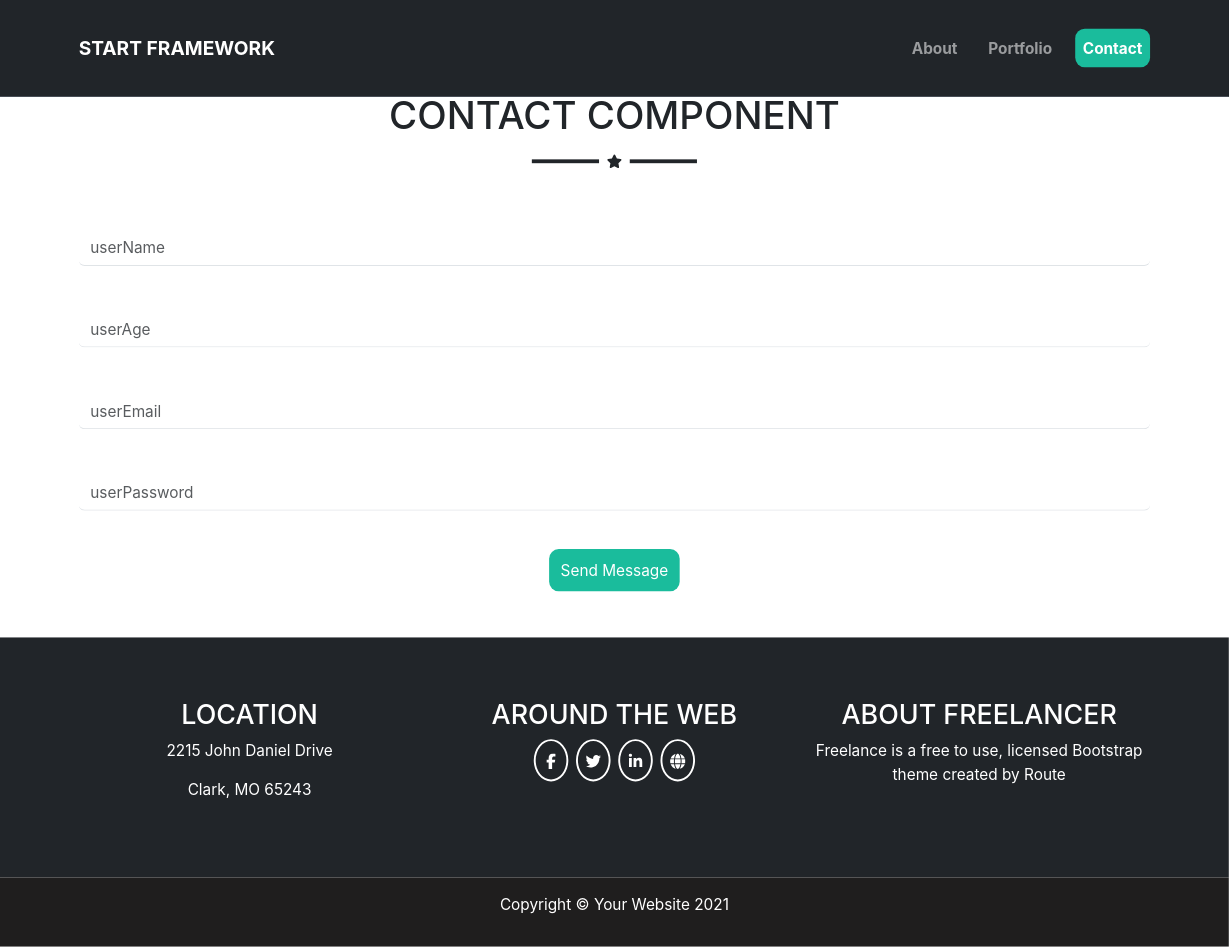
Repository: YomnaWegdan/startFramework
Page: /contact
The author's editor kept a copy of each file at every save. The page is drawn from the files as they stood at one save, then again after a run of saves.
The browser window is 1280 px wide. The pictures show the whole page, at 96% of full size.
The project was rebuilt for these pictures with package versions that can differ from the ones it lists, and the page was loaded fresh each time. Also part of the build but not shown: src/Components/Home.jsx, src/Components/About.jsx, src/Components/Error.jsx, src/Components/Portfolio.jsx.

Above is the page before, as saved 2024-02-06 00:40:15.

### src/index.js
import React from 'react';
import ReactDOM from 'react-dom/client';
import 'bootstrap/dist/css/bootstrap.min.css'
import 'bootstrap/dist/js/bootstrap.bundle.min.js'

import './index.css';
import App from './App';
import reportWebVitals from './reportWebVitals';

const root = ReactDOM.createRoot(document.getElementById('root'));
root.render(
  <React.StrictMode>
    <App />
  </React.StrictMode>
);

// If you want to start measuring performance in your app, pass a function
// to log results (for example: reportWebVitals(console.log))
// or send to an analytics endpoint. Learn more: https://bit.ly/CRA-vitals
reportWebVitals();

### src/index.css
body {
  margin: 0;
  font-family: -apple-system, BlinkMacSystemFont, 'Segoe UI', 'Roboto', 'Oxygen',
    'Ubuntu', 'Cantarell', 'Fira Sans', 'Droid Sans', 'Helvetica Neue',
    sans-serif;
  -webkit-font-smoothing: antialiased;
  -moz-osx-font-smoothing: grayscale;
}

code {
  font-family: source-code-pro, Menlo, Monaco, Consolas, 'Courier New',
    monospace;
}
.w-20{
  width: 20%;
}
.navbar{
  transition: 0.5s all;
}
.home , .about{
  background-color: #1ABC9C;
}
.line{
  background-color: white;
  width: 70px;
  height: 4px;
}
h2{
  font-size: 40px;
}
h3{
  font-weight: 500;
  font-size: 28px;
}
.footer-header {
  background-color: #212529;
}
div.footer{
  background-color: #1f1e1e;
}
.active{
  background-color: #1ABC9C;
  border-radius: 10px;
  color: white;
}

div.inner .img-overlay{
  transition: 0.8s all;
}

div.inner:hover .img-overlay{
  background-color: #1abc9ce6 !important;
  position: absolute;
  top: 0;
  left: 0;
  width: 100%;
  height: 100%;
}

div.inner:hover .plus{
  display: block;
  font-size: 100px;
  color: white;

}
.model{
  background-color: rgba(0, 0, 0, 0.6) !important;
}
.form-control:focus {
  border-color: #eee;
  box-shadow: none;
}
  button{
    background-color: #1ABC9C;
    border: none;
    padding: 10px 12px;
    border-radius: 10px;
    color: white;
    margin-top: 40px ;
  }

### src/App.js
import { RouterProvider, createBrowserRouter } from 'react-router-dom';
import './App.css';
import Layout from './Components/Layout';
import Home from './Components/Home';
import About from './Components/About';
import Contact from './Components/Contact';
import Error from './Components/Error';
import Portfolio from './Components/Portfolio';

function App() {

  let routes = createBrowserRouter([{
    path:'', element:<Layout/> , children:[
      {index:true , element:<Home/>},
      {path:'/about' , element:<About/>},
      {path:'/portfolio' , element:<Portfolio/>},
      {path:'/contact' , element:<Contact/>},
      {path:'*' , element:<Error/>},




    ]
  }])
  return (
    <div className="App">
    <RouterProvider router={routes}></RouterProvider>
    </div>
  );
}

export default App;

### src/Components/Layout.jsx
import React from 'react'
import Navbar from './Navbar'
import { Outlet } from 'react-router-dom'
import Footer from './Footer'

export default function Layout() {
  return (
    <div>
      <Navbar/>
      <Outlet></Outlet>
      <Footer/>
    </div>
  )
}

### src/Components/Contact.jsx
import React, { Fragment, useState } from "react";
import { FaStar } from "react-icons/fa6";

export default function Contact() {
  const [isFocused, setIsFocused] = useState(false);

  const handleFocus=()=>{
    setIsFocused(true)
  }

  return (
    <Fragment>
      <section className="contact py-5  ">
        <div className="container h-100">
          <div className="row g-5 h-100 align-items-center justify-content-center align-content-center">
            <div className="col-md-12">
              <h2 className="pt-5">CONTACT COMPONENT</h2>
              <div className="d-flex justify-content-center align-items-center my-3">
                <div className="line text-bg-dark"></div>
                <FaStar className=" mx-2 " />
                <div className="line text-bg-dark"></div>
              </div>
            </div>

            <div className=" col-md-12">
              <form onClick={(e)=> e.preventDefault()}>
              <div className={`input-container ${isFocused ? 'focused' : ''}`}>
                <input
                  className=" form-control border-top-0 border-start-0 border-end-0  border-bottom-3 "
                  placeholder="userName"
                  name="name"
                  onFocus={handleFocus}
                />
                </div>
                <input
                  className=" form-control border-top-0 border-start-0 border-end-0  border-bottom-3 my-5"
                  placeholder="userAge"
                  name="age"
                  type="number"
                />
                <input
                  className=" form-control border-top-0 border-start-0 border-end-0  border-bottom-3 mb-5"
                  placeholder="userEmail"
                  name="email"
                  type="email"
                />
                <input
                  className=" form-control border-top-0 border-start-0 border-end-0  border-bottom-3"
                  placeholder="userPassword"
                  name="password"
                  type=" password"
                />
                <button className="">Send Message</button>
              </form>
            </div>
          </div>
        </div>
      </section>
    </Fragment>
  );
}

### src/Components/Navbar.jsx
import React, { useEffect, useState } from "react";
import { Link, NavLink } from "react-router-dom";

export default function Navbar() {
  const [scroll , setScroll] = useState(0)

  const handleScroll=()=>{
    setScroll(window.scrollY)
  }
  const navbarPadding = scroll > 100 ? '15px' : '30px';
  window.addEventListener('scroll', handleScroll);
  return (
    <>
      <nav style={{padding:navbarPadding}}
        className="navbar navbar-expand-lg bg-dark border-bottom border-body  fixed-top fw-bold  "
        data-bs-theme="dark"
      >
        <div className="container">
          <Link className="navbar-brand" to="/">
            START FRAMEWORK
          </Link>
          <button
            className="navbar-toggler"
            type="button"
            data-bs-toggle="collapse"
            data-bs-target="#navbarSupportedContent"
            aria-controls="navbarSupportedContent"
            aria-expanded="false"
            aria-label="Toggle navigation"
          >
            <span className="navbar-toggler-icon"></span>
          </button>
          <div className="collapse navbar-collapse" id="navbarSupportedContent">
            <ul className="navbar-nav ms-auto mb-2 mb-lg-0">
              <li className="nav-item">
                <NavLink className="nav-link" to="/about">
                  About
                </NavLink>
              </li>
              <li className="nav-item mx-3">
                <NavLink className="nav-link" to="/portfolio">
                  Portfolio
                </NavLink>
              </li>
              <li className="nav-item">
                <NavLink className="nav-link" to="/Contact">
                  Contact
                </NavLink>
              </li>
            </ul>
          </div>
        </div>
      </nav>
    </>
  );
}

### src/Components/Footer.jsx
import React from "react";
import { FaFacebookF, FaGlobe, FaLinkedinIn, FaTwitter } from "react-icons/fa6";

export default function Footer() {
  return (
    <>
      <footer className=" text-white">
      <div className="footer-header py-5">
        <div className="container py-3">
          <div className="row">
            <div className="col-lg-4 col-md-6">
              <h3>LOCATION</h3>
              <p>2215 John Daniel Drive</p>
              <p>Clark, MO 65243</p>
            </div>
            <div className="col-lg-4 col-md-6">
            <h3>AROUND THE WEB</h3>
            <ul className="d-flex justify-content-center align-items-center list-unstyled">
            <li className="p-2 rounded-circle border border-white border-2"> <FaFacebookF /> </li>
            <li className="p-2 rounded-circle border border-white border-2 mx-2"> <FaTwitter/> </li>
            <li className="p-2 rounded-circle border border-white border-2 me-2"> <FaLinkedinIn /> </li>
            <li className="p-2 rounded-circle border border-white border-2"> <FaGlobe /> </li>
            </ul>
            </div>
            <div className="col-lg-4 col-md-6">
              <h3>ABOUT FREELANCER</h3>
              <p>Freelance is a free to use, licensed Bootstrap theme created by Route</p>
            </div>
          </div>
        </div>
        </div>
        <div className="footer py-3">
        <p>Copyright © Your Website 2021</p>
        </div>
      </footer>

    </>
  );
}

Loaded but not shown: public/index.html (common file); src/reportWebVitals.js (common file); src/App.css (common file)

After the next 3 saves:
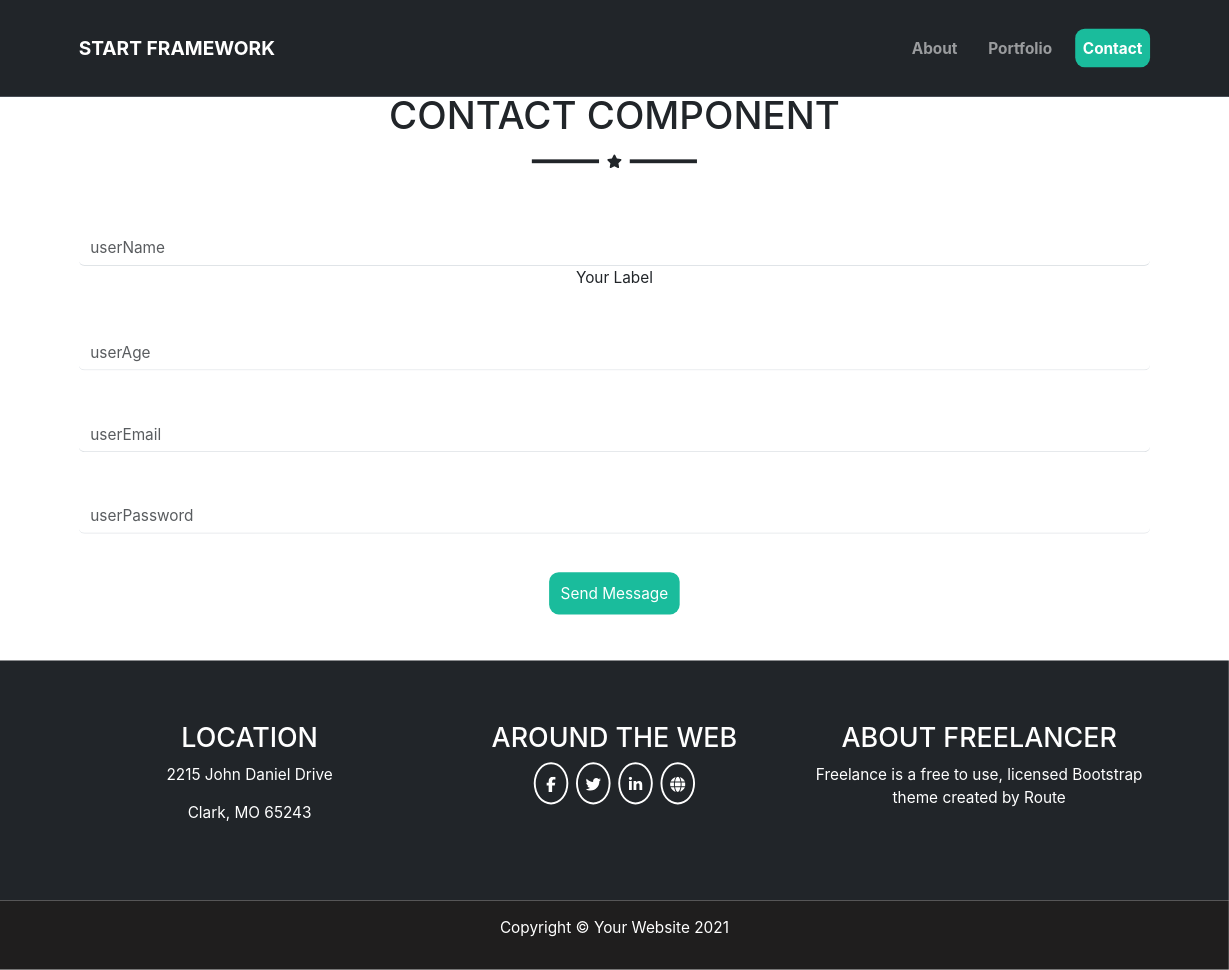
The 3 saves are shown as one change because they came seconds apart.
The last was saved 38 s later.
--- a/src/Components/Contact.jsx
+++ b/src/Components/Contact.jsx
@@ -31,7 +31,10 @@ export default function Contact() {
                   name="name"
                   onFocus={handleFocus}
                 />
+                <label htmlFor="yourInput">Your Label</label>
                 </div>
+
+
                 <input
                   className=" form-control border-top-0 border-start-0 border-end-0  border-bottom-3 my-5"
                   placeholder="userAge"

After the save that followed:
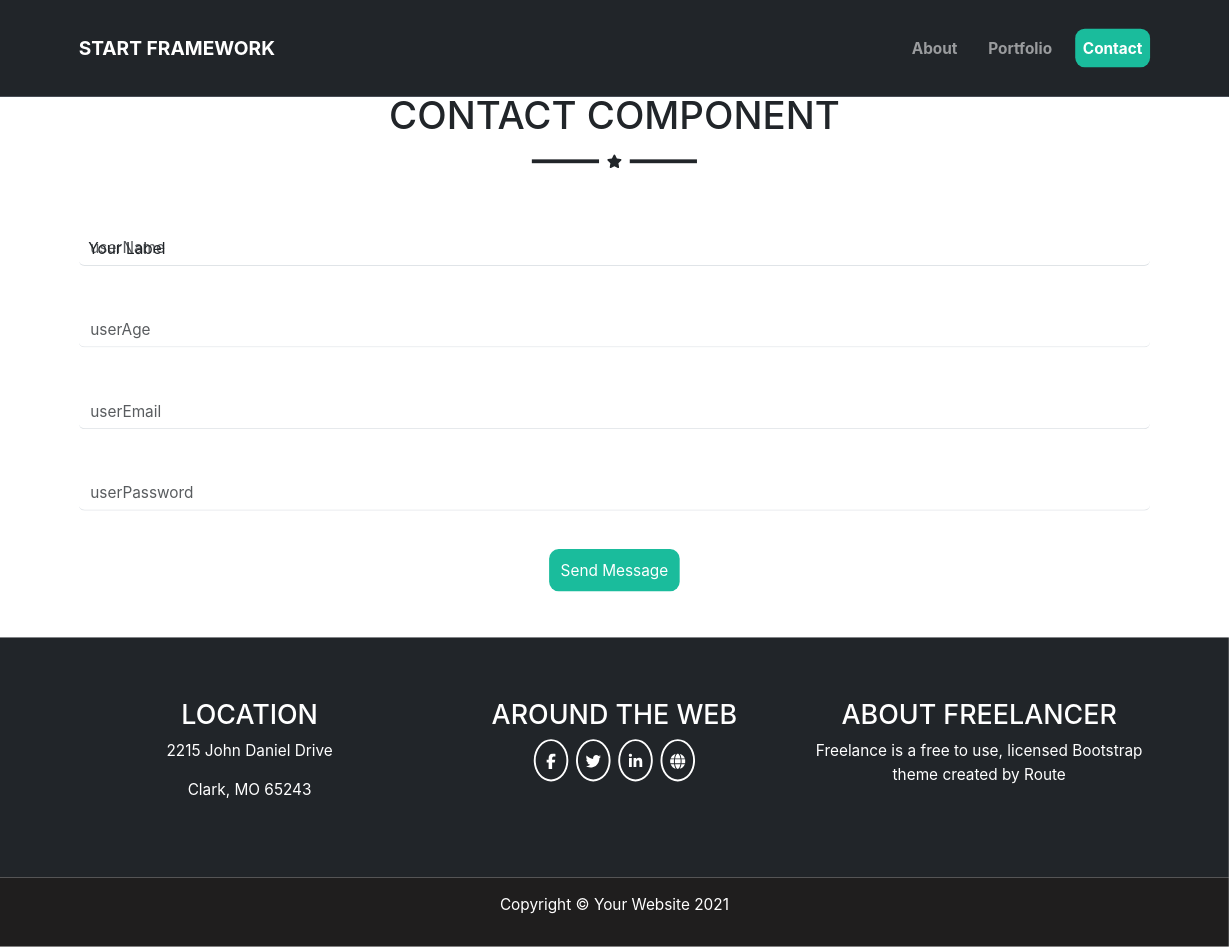
Saved 20 s later.
--- a/src/index.css
+++ b/src/index.css
@@ -78,3 +78,36 @@ div.inner:hover .plus{
     color: white;
     margin-top: 40px ;
   }
+
+
+
+
+
+
+  .input-container {
+    position: relative;
+    margin-bottom: 20px;
+  }
+
+  input {
+    width: 100%;
+    padding: 10px;
+    border: 1px solid #ccc;
+    border-radius: 5px;
+    transition: border-color 0.3s;
+  }
+
+  label {
+    position: absolute;
+    top: 50%;
+    left: 10px;
+    transform: translateY(-50%);
+    pointer-events: none;
+    transition: transform 0.3s, font-size 0.3s;
+  }
+
+  .focused label {
+    transform: translateY(-100%) scale(0.8);
+  }
+
+  /* Add any additional styling as needed */
